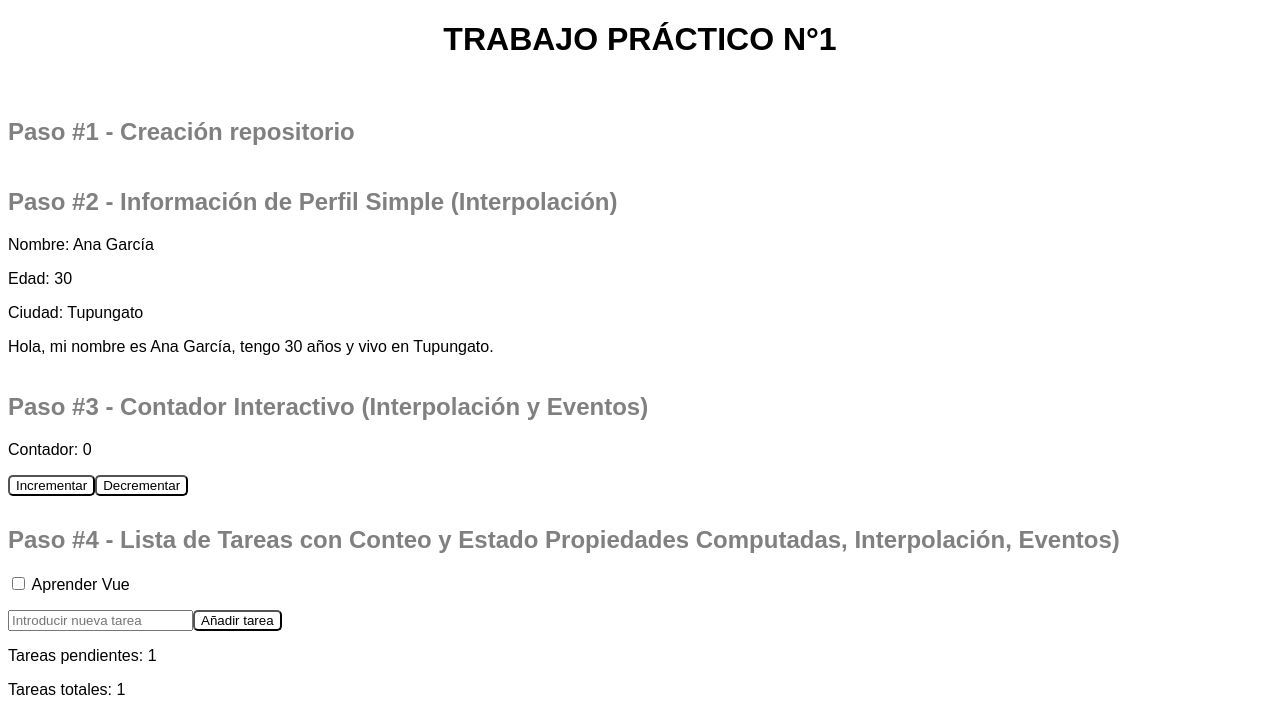
Repository: SofiaSferco/PWA
Page: practico01/index.html
An editor plug-in stored every save of this project. The page is shown before and after a run of saves, followed by the edit.
The browser window is 1280 px wide. The pictures show the whole page.

Above is the page before, as saved 2025-10-03 14:28:38.

After the next 2 saves:
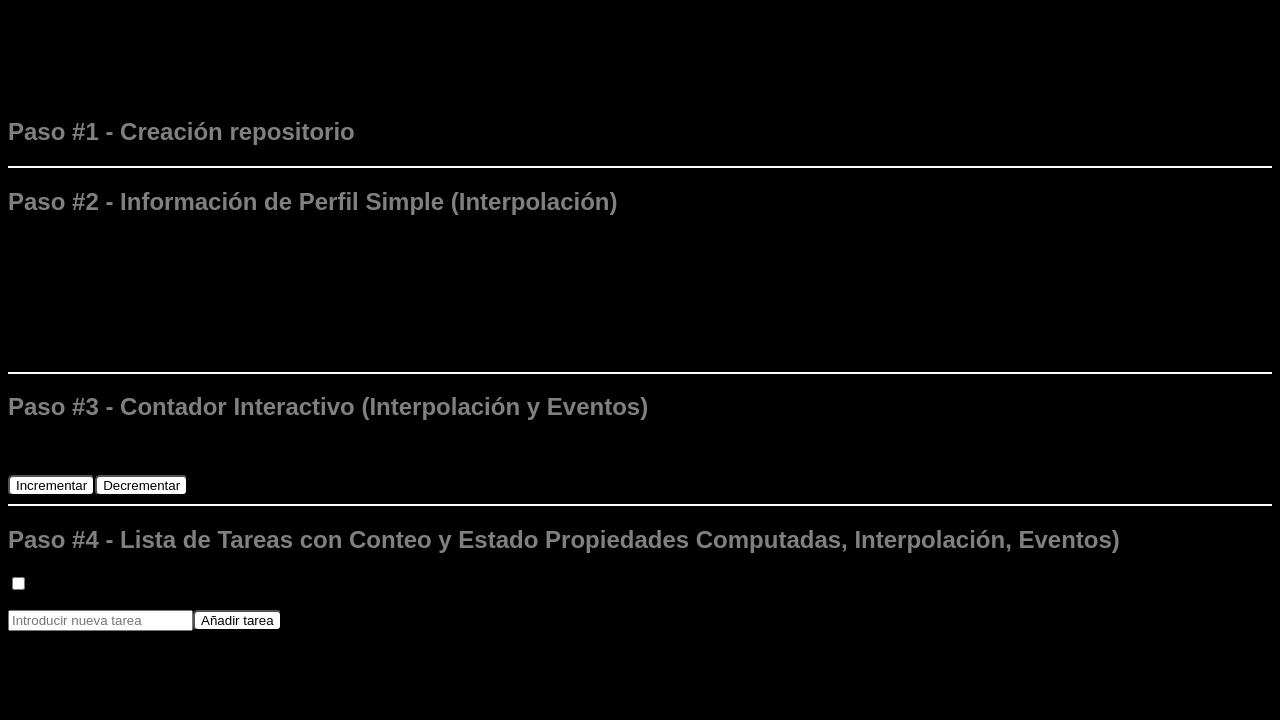
The 2 saves are shown as one change because they came seconds apart.
The last was saved 8 s later.
--- a/practico01/index.html
+++ b/practico01/index.html
@@ -80,8 +80,8 @@
 <style>
     body {
         font-family: Arial, Helvetica, sans-serif;
-        color: rgb(0, 0, 0)
-        background-color black;
+        color: rgb(0, 0, 0);
+        background-color: rgb(0, 0, 0);
     }
     h1{
         text-align: center;
